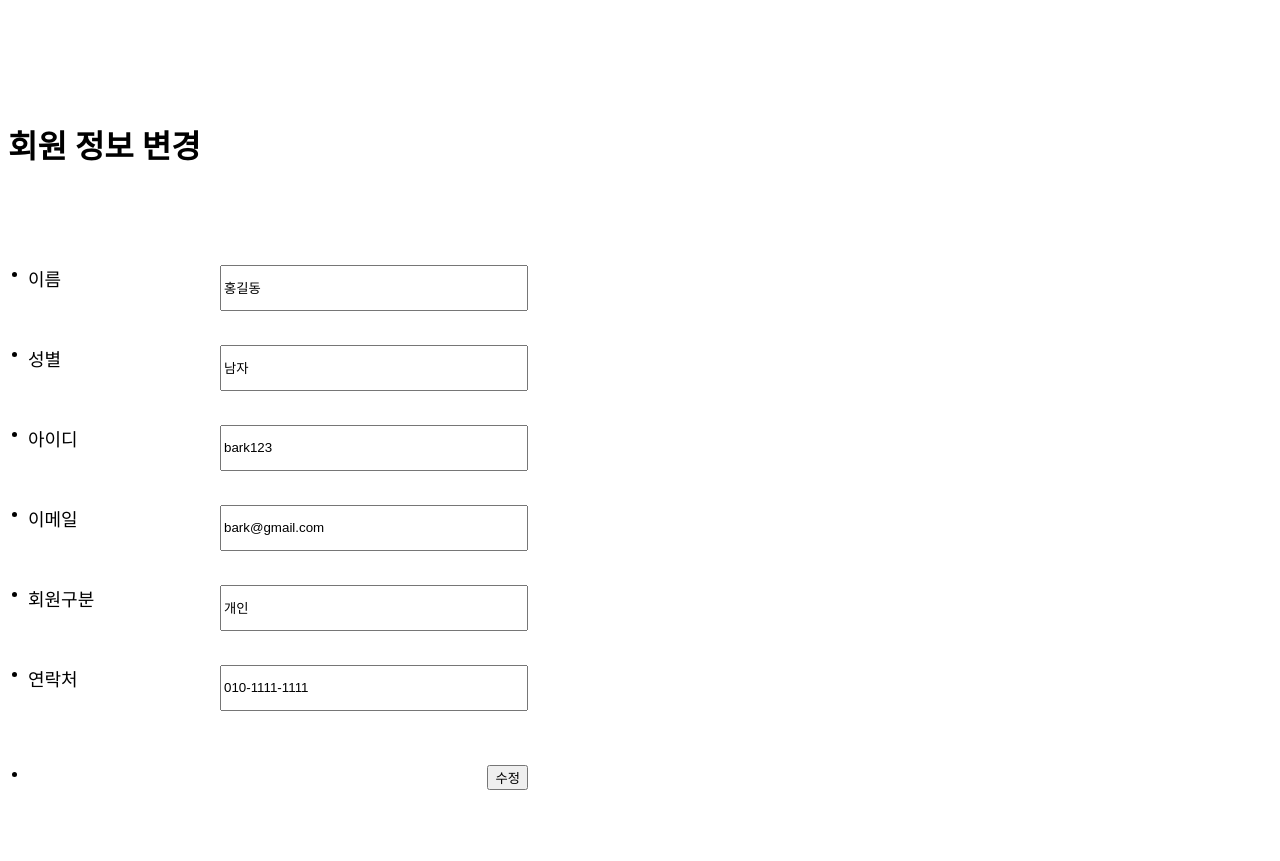
Repository: jngwk/Project-Bark
Page: http://localhost/Bark/include/userEditProfileFrm.jsp
An editor plug-in stored every save of this project. The page is shown before and after the next save, followed by the edit.
The browser window is 1280 px wide. The pictures show the whole page.
The page is served by Tomcat 9.

Above is the page before, as saved 2024-03-31 05:46:14.

After the next save:
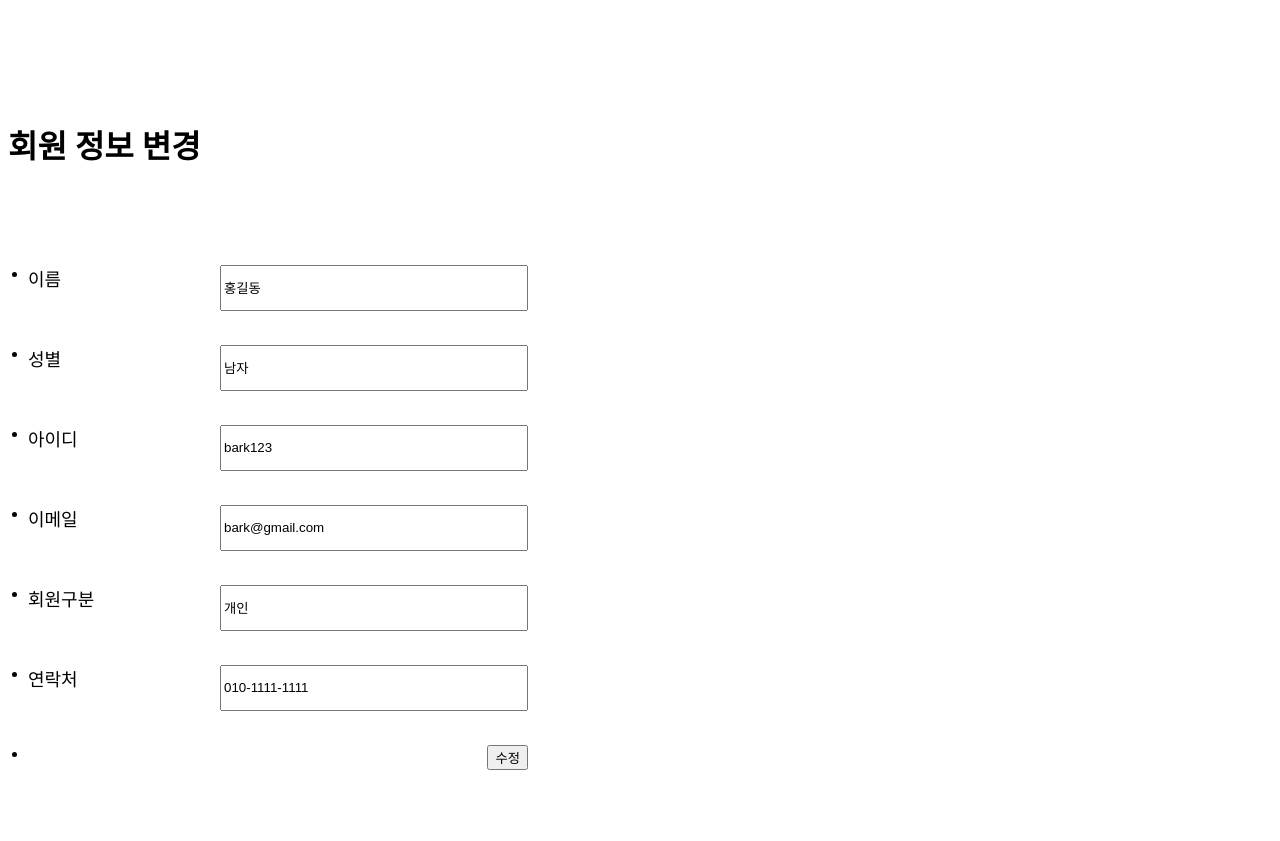
Saved 33 s later.
--- a/java_workspace/Bark/src/main/webapp/include/userEditProfileFrm.jsp
+++ b/java_workspace/Bark/src/main/webapp/include/userEditProfileFrm.jsp
@@ -38,7 +38,7 @@
 			<li class="form-element"><span class="label-text">연락처</span>
 			<input class="profile-info" type="text" data-text-content="true"
 			value="010-1111-1111" ></li>
-			<li class="form-element align-right">
+			<li class="form-element">
 			<input type="submit" class="btn" value="수정" style="margin-left: 150px">
 			</li>
 		</ul>
